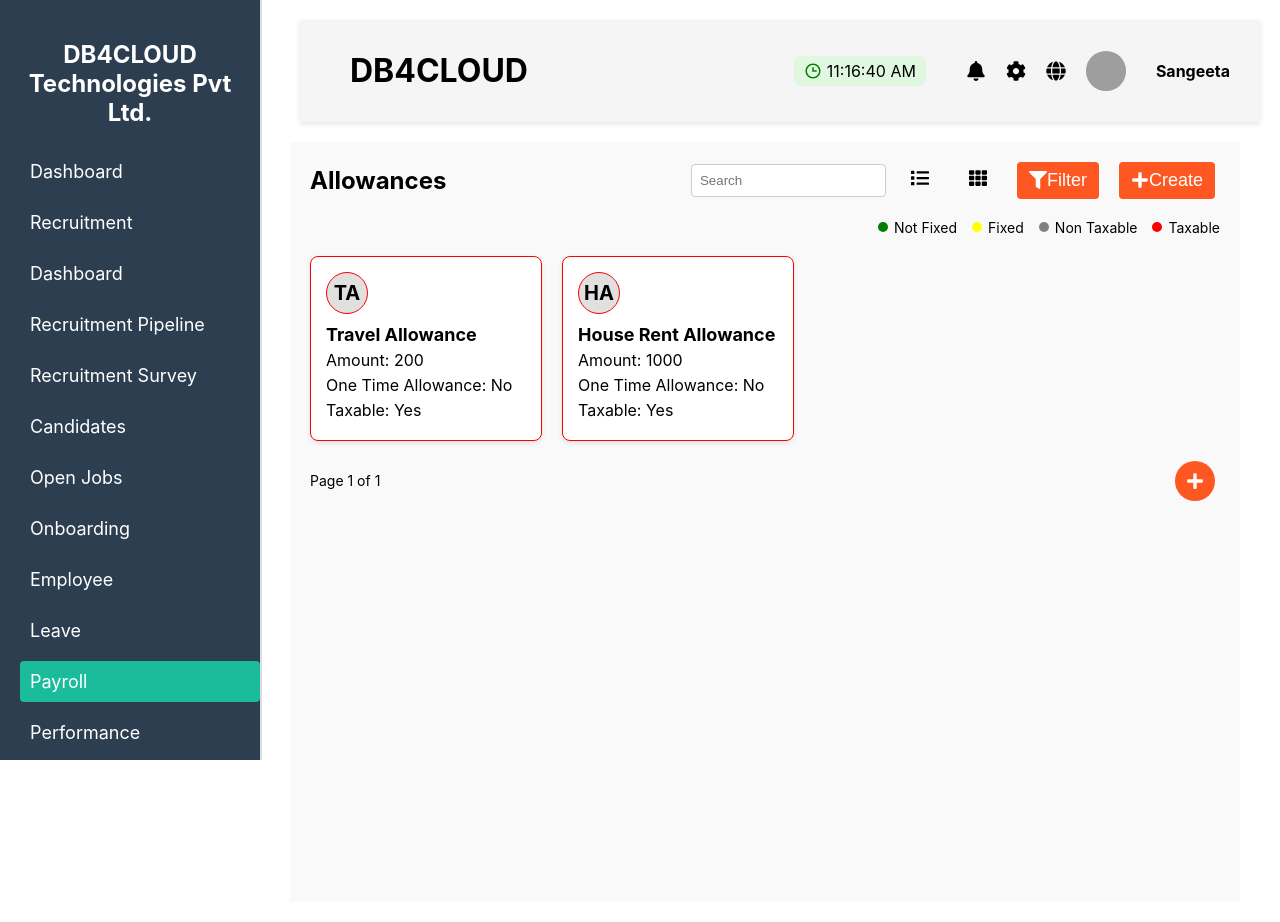
Repository: tinu-ns/Dev-code
Page: /payroll/allowances (app in HRMS-DEMO-Sang/hrms/)
These files come from the project's save history. The page is drawn as it stood at one moment and after the next save; the edit follows.
The browser window is 1280 px wide. The pictures show the whole page.
Pictures or frames that could not be fetched are drawn as grey boxes. The project was rebuilt for these pictures with package versions that can differ from the ones it lists, and the page was loaded fresh each time. Also part of the build but not shown: HRMS-DEMO-Sang/hrms/src/components/Dashboard.js, HRMS-DEMO-Sang/hrms/src/components/Recruitment/RecruitmentDashboard.js, HRMS-DEMO-Sang/hrms/src/components/Recruitment/RecruitmentPipeline.js, HRMS-DEMO-Sang/hrms/src/components/Payroll/Contract.js, HRMS-DEMO-Sang/hrms/src/components/Payroll/Deductions.js, HRMS-DEMO-Sang/hrms/src/components/Payroll/Payslips.js, HRMS-DEMO-Sang/hrms/src/components/Payroll/PayrollDashboard.js, HRMS-DEMO-Sang/hrms/src/components/MainContent.css and 3 more.

Above is the page before, as saved 2024-11-06 16:34:18.

### HRMS-DEMO-Sang/hrms/src/components/Payroll/Allowances.js
import React, { useState } from 'react';
import './Allowances.css';
import { FaSearch, FaList, FaTh, FaFilter, FaPlus, FaEdit, FaTrash } from 'react-icons/fa';

const allowancesData = [
  { id: 1, code: 'TA', name: 'Travel Allowance', amount: 200.0, oneTime: 'No', taxable: 'Yes', fixed: false },
  { id: 2, code: 'HA', name: 'House Rent Allowance', amount: 1000.0, oneTime: 'No', taxable: 'Yes', fixed: true },
  // Add more allowance data here
];

const Allowances = () => {
  const [searchTerm, setSearchTerm] = useState('');
  const [view, setView] = useState('card'); // 'card' or 'list'
  const [filteredData, setFilteredData] = useState(allowancesData);

  const handleSearch = (e) => {
    const term = e.target.value;
    setSearchTerm(term);
    if (term === '') {
      setFilteredData(allowancesData);
    } else {
      const filtered = allowancesData.filter((allowance) =>
        allowance.name.toLowerCase().includes(term.toLowerCase())
      );
      setFilteredData(filtered);
    }
  };

  return (
    <div className="allowances-container">
      <header className="allowances-header">
        <h2>Allowances</h2>
        <div className="controls">
          <input
            type="text"
            placeholder="Search"
            value={searchTerm}
            onChange={handleSearch}
            className="search-input"
          />
          <button className={`view-toggle ${view === 'list' ? 'active' : ''}`} onClick={() => setView('list')}>
            <FaList />
          </button>
          <button className={`view-toggle ${view === 'card' ? 'active' : ''}`} onClick={() => setView('card')}>
            <FaTh />
          </button>
          <button className="filter-btn">
            <FaFilter /> Filter
          </button>
          <button className="create-btn">
            <FaPlus /> Create
          </button>
        </div>
      </header>

      <div className="status-indicators">
        <span className="dot not-fixed">Not Fixed</span>
        <span className="dot fixed">Fixed</span>
        <span className="dot non-taxable">Non Taxable</span>
        <span className="dot taxable">Taxable</span>
      </div>

      {view === 'card' ? (
        <div className="card-view">
          {filteredData.map((allowance) => (
            <div className="allowance-card" key={allowance.id}>
              <div className="card-icon">{allowance.code}</div>
              <div className="card-content">
                <h3>{allowance.name}</h3>
                <p>Amount: {allowance.amount}</p>
                <p>One Time Allowance: {allowance.oneTime}</p>
                <p>Taxable: {allowance.taxable}</p>
              </div>
            </div>
          ))}
        </div>
      ) : (
        <div className="list-view">
          <table>
            <thead>
              <tr>
                <th>Allowance</th>
                <th>Specific Employees</th>
                <th>Excluded Employees</th>
                <th>Is Taxable</th>
                <th>Is Condition Based</th>
                <th>Condition</th>
                <th>Is Fixed</th>
                <th>Amount</th>
                <th>Based On</th>
                <th>Rate</th>
                <th>Action</th>
              </tr>
            </thead>
            <tbody>
              {filteredData.map((allowance) => (
                <tr key={allowance.id}>
                  <td>{allowance.name}</td>
                  <td>-</td>
                  <td>-</td>
                  <td>{allowance.taxable}</td>
                  <td>No</td>
                  <td>-</td>
                  <td>{allowance.fixed ? 'Yes' : 'No'}</td>
                  <td>{allowance.amount}</td>
                  <td>-</td>
                  <td>-</td>
                  <td>
                    <button className="edit-btn"><FaEdit /></button>
                    <button className="delete-btn"><FaTrash /></button>
                  </td>
                </tr>
              ))}
            </tbody>
          </table>
        </div>
      )}

      <footer className="footer">
        <span>Page 1 of 1</span>
        <button className="add-btn">
          <FaPlus />
        </button>
      </footer>
    </div>
  );
};

export default Allowances;

### HRMS-DEMO-Sang/hrms/src/App.css
.app{
  display: flex;
  height: 100vh;
  background-color: #f4f4f4;
}

.content-container{
  flex-grow: 1;
  padding: 20px;
  background-color: #fff;
  margin-left: 200px;
  display: flex;
  flex-direction: column;

}

.main-section{
  display: flex;
  justify-content: space-between;
  padding: 20px;
}


.sidebar {
  width: 220px;
  background-color: #2c3e50;
  position: fixed;
  height: 100vh;
}

### HRMS-DEMO-Sang/hrms/src/components/Sidebar.css
 .container{
    display: flex;
    height: 100vh;
    margin-right: 50px;
}

/*
.content{
    flex-grow: 1;
    padding: 20px;
    padding-left: 50px;

}  */

.sidebar {
    width: 220px;
    height: 100vh;
    background-color: #503f2c;
    padding: 20px;
    color: white;
    height: 100vh;
    position: fixed;
    border-right: 2px solid #ddd;
    overflow-y: auto;        /* Allows vertical scrolling */
    position: fixed;
    margin-right: 200px;        /* Keeps sidebar fixed on the left side */

  }



  .sidebar h2{
    text-align: center;
    margin-bottom: 30px;
    font-size: 24px;
  }

  .sidebar-list{
    list-style-type: none;
    padding: 0;
  }


  .sidebar-list li{
    margin-bottom: 15px;
  }

  .sidebar-list li a {
    color: white;
    text-decoration: none;
    font-size: 18px;
    padding: 10px;
    border-radius: 4px;
    display: block;
  }

  .sidebar-list li a:hover{
    color: #1abc9c;
  }

  .sidebar-list li a.active{
    background-color: #1abc9c;
    color: white;
  }

  .sidebar {
    width: 250px;
    background-color: #2E3A46;
    color: #FFF;
    padding: 20px;
    height: 100vh;
  }

  .sidebar h2 {
    font-size: 1.5em;
    margin-bottom: 1em;
  }

  .sidebar ul {
    list-style: none;
    padding: 0;
  }

  .sidebar li {
    margin: 10px 0;
  }

  .sidebar li ul {
    margin-top: 5px;
  }

  .sidebar a {
    color: #FFF;
    text-decoration: none;
  }

  .sidebar a:hover {
    text-decoration: underline;
  }

  .sidebar a.active {
    color: #20c997;
  }

  .sidebar ul li a:hover, .menu-toggle:hover {
    background-color: #34495e;
  }

  .menu-toggle {
    background: none;
    border: none;
    color: #ecf0f1;
    font-size: 1rem;
    text-align: left;
    cursor: pointer;
    width: 100%;
    padding: 10px;
  }

  .submenu {
    list-style-type: none;
    padding-left: 20px;
  }

  .submenu li a {
    padding-left: 20px;
    font-size: 0.9rem;
  }

### HRMS-DEMO-Sang/hrms/src/components/Recruitment/RecruitmentPipeline.css
.pipeline-container {
    padding: 20px;
    background-color: #f5f5f5;
    border-radius: 8px;
  }

  .pipeline-section {
    margin-top: 20px;
  }

  .pipeline-section h3 {
    background-color: #f8f9fa;
    padding: 10px;
    border-left: 5px solid #ffa500;
  }

  .recruitment-table {
    width: 100%;
    border-collapse: collapse;
  }

  .recruitment-table th,
  .recruitment-table td {
    padding: 10px;
    border-bottom: 1px solid #ddd;
    text-align: left;
  }

  .recruitment-table th {
    background-color: #f1f1f1;
  }

  button {
    padding: 5px 10px;
    margin: 0 5px;
    border: none;
    border-radius: 4px;
    cursor: pointer;
  }

  button:hover {
    background-color: #ddd;
  }

### HRMS-DEMO-Sang/hrms/src/components/Payroll/Allowances.css
.allowances-container {
    padding: 20px;
    background-color: #f9f9f9;
    width: 100%;
    height: 100vh;
  }

  .allowances-header {
    display: flex;
    justify-content: space-between;
    align-items: center;
    margin-bottom: 20px;
  }

  .allowances-header h2 {
    margin: 0;
    font-size: 24px;
  }

  .controls {
    display: flex;
    align-items: center;
    gap: 10px;
  }

  .search-input {
    padding: 8px;
    border: 1px solid #ccc;
    border-radius: 4px;
  }

  .view-toggle, .filter-btn, .create-btn {
    background: none;
    border: none;
    font-size: 18px;
    cursor: pointer;
  }

  .filter-btn, .create-btn {
    display: flex;
    align-items: center;
    padding: 8px 12px;
    background-color: #ff5722;
    color: white;
    border-radius: 4px;
    cursor: pointer;
  }

  .status-indicators {
    display: flex;
    gap: 15px;
    font-size: 14px;
    margin-top: 10px;
    margin-bottom: 20px;
    justify-content: end;
  }

  .dot {
    display: inline-flex;
    align-items: center;
  }

  .dot::before {
    content: '';
    display: inline-block;
    width: 10px;
    height: 10px;
    margin-right: 6px;
    border-radius: 50%;
  }

  .not-fixed::before {
    background-color: green;
  }

  .fixed::before {
    background-color: yellow;
  }

  .non-taxable::before {
    background-color: gray;
  }

  .taxable::before {
    background-color: red;
  }

  .card-view {
    display: flex;
    gap: 20px;
    flex-wrap: wrap;

  }

  .allowance-card {
    background: white;
    border: 1px solid #ddd;
    border-radius: 8px;
    padding: 15px;
    width: 200px;
    box-shadow: 0 2px 5px rgba(0, 0, 0, 0.1);
    border: 1px solid red;
  }

  .card-icon {
    font-size: 20px;
    font-weight: bold;
    background: #e0e0e0;
    width: 40px;
    height: 40px;
    display: flex;
    align-items: center;
    justify-content: center;
    border-radius: 50%;
    margin-bottom: 10px;
    border: 1px solid red;
  }

  .card-content h3 {
    margin: 0;
    font-size: 18px;
  }

  .card-content p {
    margin: 5px 0;
  }

  .list-view {
    background: white;
    border-radius: 8px;
    overflow: hidden;
    box-shadow: 0 2px 5px rgba(0, 0, 0, 0.1);
  }

  table {
    width: 100%;
    border-collapse: collapse;
  }

  table th, table td {
    padding: 12px;
    text-align: left;
    border-bottom: 1px solid #ddd;
  }

  .edit-btn, .delete-btn {
    background: none;
    border: none;
    cursor: pointer;
    font-size: 16px;
    margin-right: 8px;
  }

  .edit-btn {
    color: #007bff;
  }

  .delete-btn {
    color: #ff5722;
  }

  .footer {
    display: flex;
    justify-content: space-between;
    align-items: center;
    padding-top: 20px;
  }

  .footer span {
    font-size: 14px;
  }

  .add-btn {
    background-color: #ff5722;
    color: white;
    font-size: 18px;
    width: 40px;
    height: 40px;
    border: none;
    border-radius: 50%;
    display: flex;
    align-items: center;
    justify-content: center;
    cursor: pointer;
  }

### HRMS-DEMO-Sang/hrms/src/components/Header.css
.bg-container{
  padding-left: 30px;

}

.header {
    background-color: #f5f5f5;
    padding: 10px 20px;
    display: flex;
    justify-content: space-between;
    align-items: center;
    box-shadow: 0px 2px 5px rgba(0, 0, 0, 0.1);
  }

  .header-left {
    display: flex;
    align-items: center;
  }

  .menu-button {
    font-size: 24px;
    background: none;
    border: none;
    cursor: pointer;
  }

  .h1{
    margin-left: 15px;
    font-size: 24px;
    color: red! important ;
  }

  .header-right{
    display: flex;
    align-items: center;
  }

  .icon{
    margin-left: 20px;
    font-size: 20px;
    cursor: pointer;
  }

  .time-box {
    display: flex;
    align-items: center;
    background-color: #e0f7e0;
    padding: 5px 10px;
    border-radius: 8px;
    margin-right: 20px;
  }

  .time-icon {
    margin-right: 5px;
    font-size: 18px;
    color: green;
  }

  .user-profile{
    display: flex;
    align-items: center;
    cursor: pointer;
    position: relative;
  }

  .user-avatar{
    padding: 20px;
  }

  .avatar{
    width: 40px;
    height: 40px;
    background-color: #d4d4d4;
    border-radius: 50%;
    display: flex;
    justify-content: center;
    align-items: center;
    font-size: 18px;
    color: white;
    margin-right: 10px;

  }

  .user-name{
    font-weight: bold;
  }

  .dropdown{
    position: absolute;
    top: 50px;
    right: 0;
    background-color: #fff;
    box-shadow: 0px 2px 8px rgba(0, 0, 0, 0.1);
    border-radius: 5px;
    z-index: 100;
  }

  .dropdown ul {
    list-style-type: none;
    padding: 10px;
    margin: 0;
  }

  .dropdown ul li {
    padding: 10px 15px;
    cursor: pointer;
  }

  .dropdown ul li:hover {
    background-color: #f5f5f5;
  }

  .user-info {
    display: flex;
    align-items: center;
  }

  .user-name {
    margin-right: 10px;
  }

Loaded but not shown: HRMS-DEMO-Sang/hrms/public/index.html (common file); HRMS-DEMO-Sang/hrms/src/index.js (common file); HRMS-DEMO-Sang/hrms/src/index.css (common file); HRMS-DEMO-Sang/hrms/src/reportWebVitals.js (common file); HRMS-DEMO-Sang/hrms/src/components/Sidebar.js (102 lines, source omitted); HRMS-DEMO-Sang/hrms/src/components/Header.js (91 lines, source omitted); HRMS-DEMO-Sang/hrms/src/App.js (52 lines, source omitted); HRMS-DEMO-Sang/hrms/src/components/Payroll/PayrollDashboard.css (359 lines, source omitted)

After the next save:
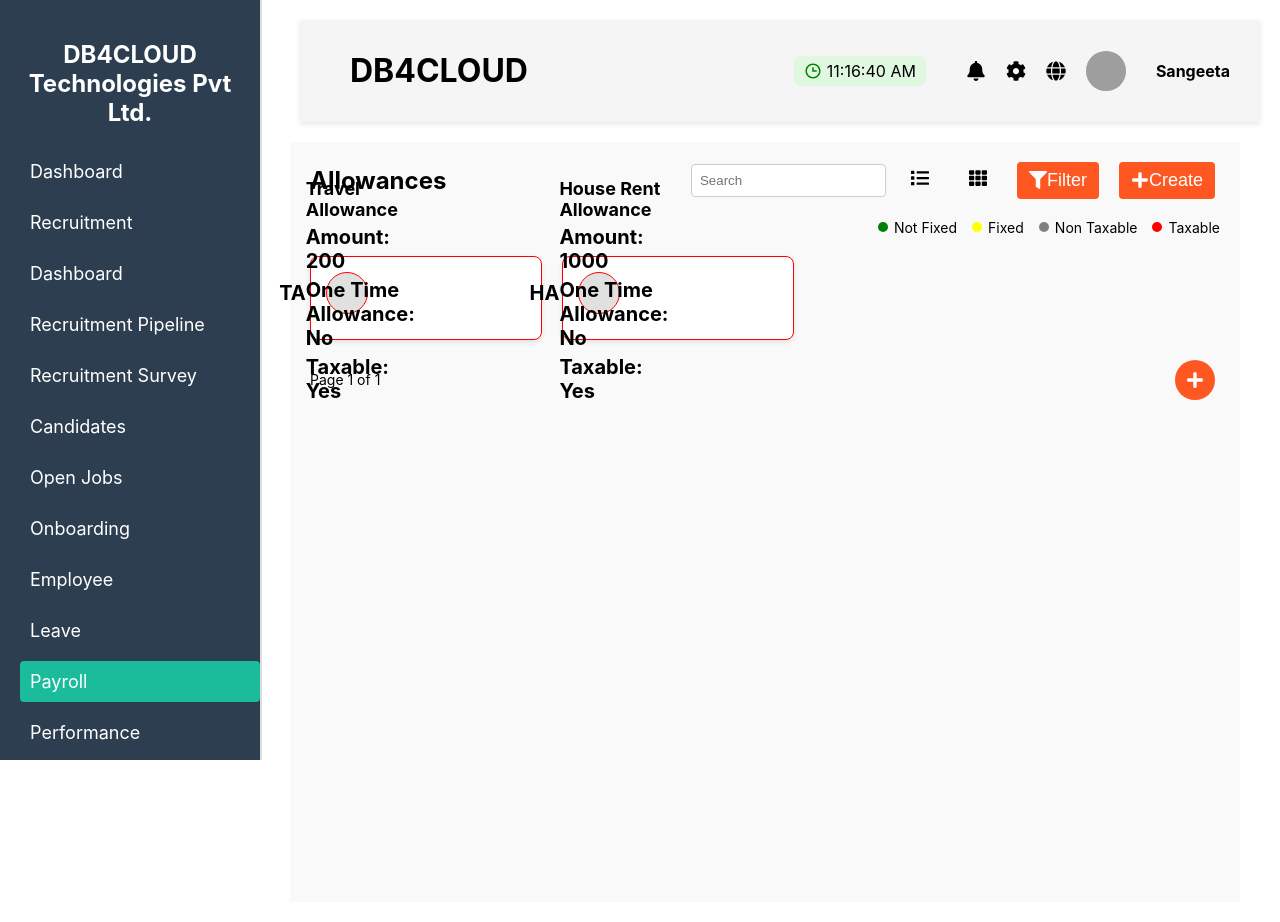
Saved 29 s later.
--- a/HRMS-DEMO-Sang/hrms/src/components/Payroll/Allowances.js
+++ b/HRMS-DEMO-Sang/hrms/src/components/Payroll/Allowances.js
@@ -64,12 +64,13 @@ const Allowances = () => {
         <div className="card-view">
           {filteredData.map((allowance) => (
             <div className="allowance-card" key={allowance.id}>
-              <div className="card-icon">{allowance.code}</div>
+              <div className="card-icon">{allowance.code}
               <div className="card-content">
                 <h3>{allowance.name}</h3>
                 <p>Amount: {allowance.amount}</p>
                 <p>One Time Allowance: {allowance.oneTime}</p>
                 <p>Taxable: {allowance.taxable}</p>
+              </div>
               </div>
             </div>
           ))}

After the save that followed:
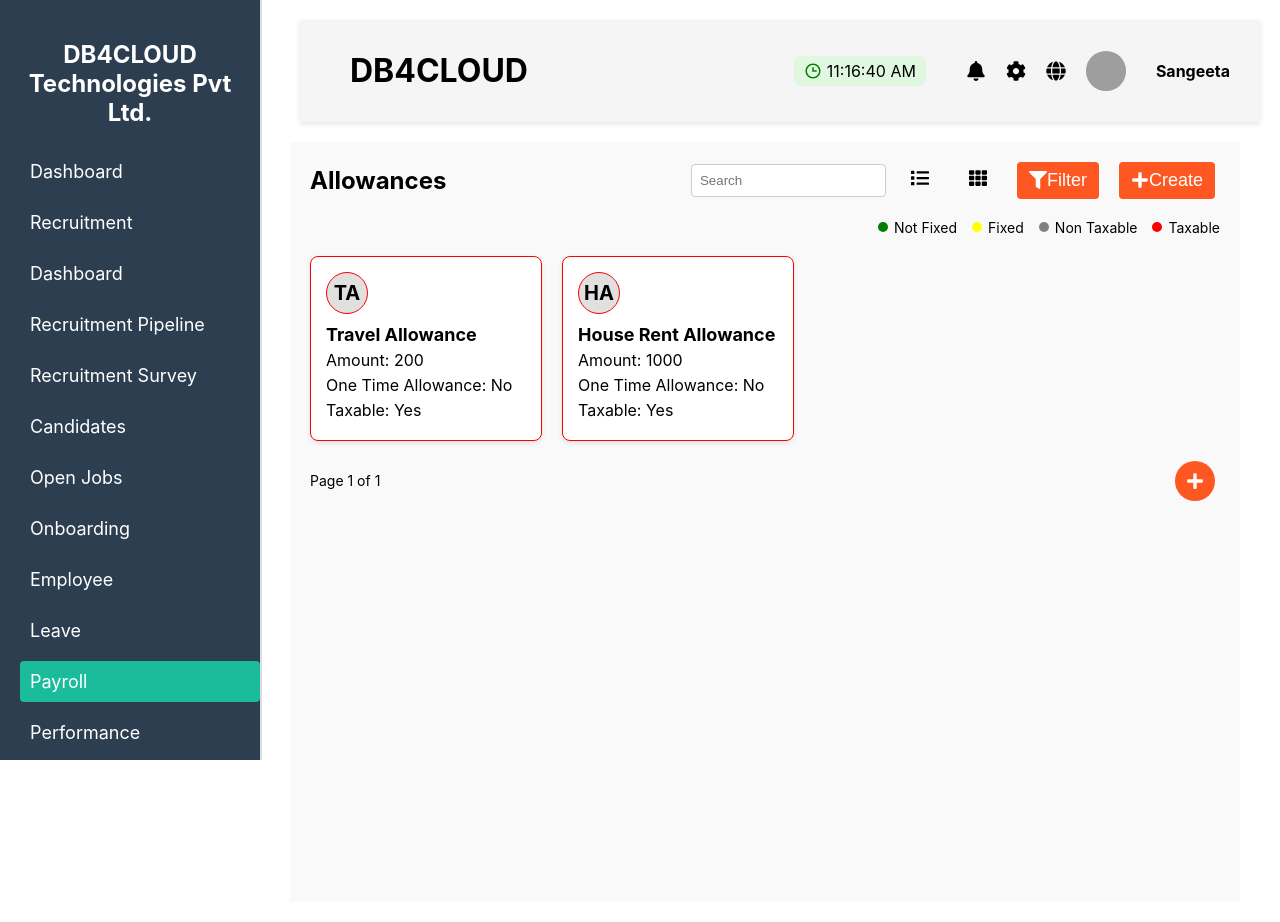
Saved 9 s later.
--- a/HRMS-DEMO-Sang/hrms/src/components/Payroll/Allowances.js
+++ b/HRMS-DEMO-Sang/hrms/src/components/Payroll/Allowances.js
@@ -64,13 +64,12 @@ const Allowances = () => {
         <div className="card-view">
           {filteredData.map((allowance) => (
             <div className="allowance-card" key={allowance.id}>
-              <div className="card-icon">{allowance.code}
+              <div className="card-icon">{allowance.code}</div>
               <div className="card-content">
                 <h3>{allowance.name}</h3>
                 <p>Amount: {allowance.amount}</p>
                 <p>One Time Allowance: {allowance.oneTime}</p>
                 <p>Taxable: {allowance.taxable}</p>
-              </div>
               </div>
             </div>
           ))}
